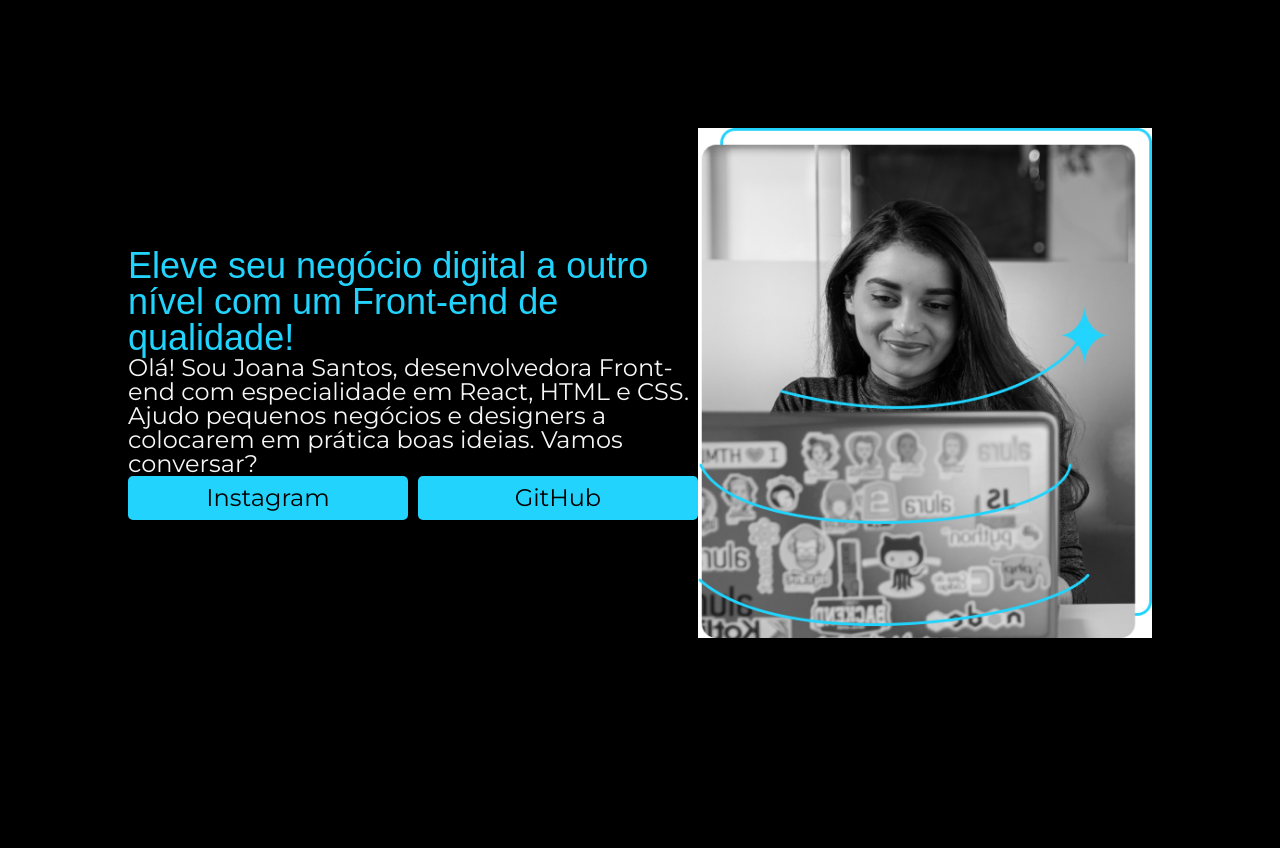
Repository: joaoPraiaJunior/html-basico
Page: index.html
An editor plug-in stored every save of this project. The page is shown before and after the next save, followed by the edit.
The browser window is 1280 px wide. The pictures show the whole page.
Some web fonts or font styles are not loaded; a fallback is used.

Above is the page before, as saved 2024-06-01 18:36:49.

After the next save:
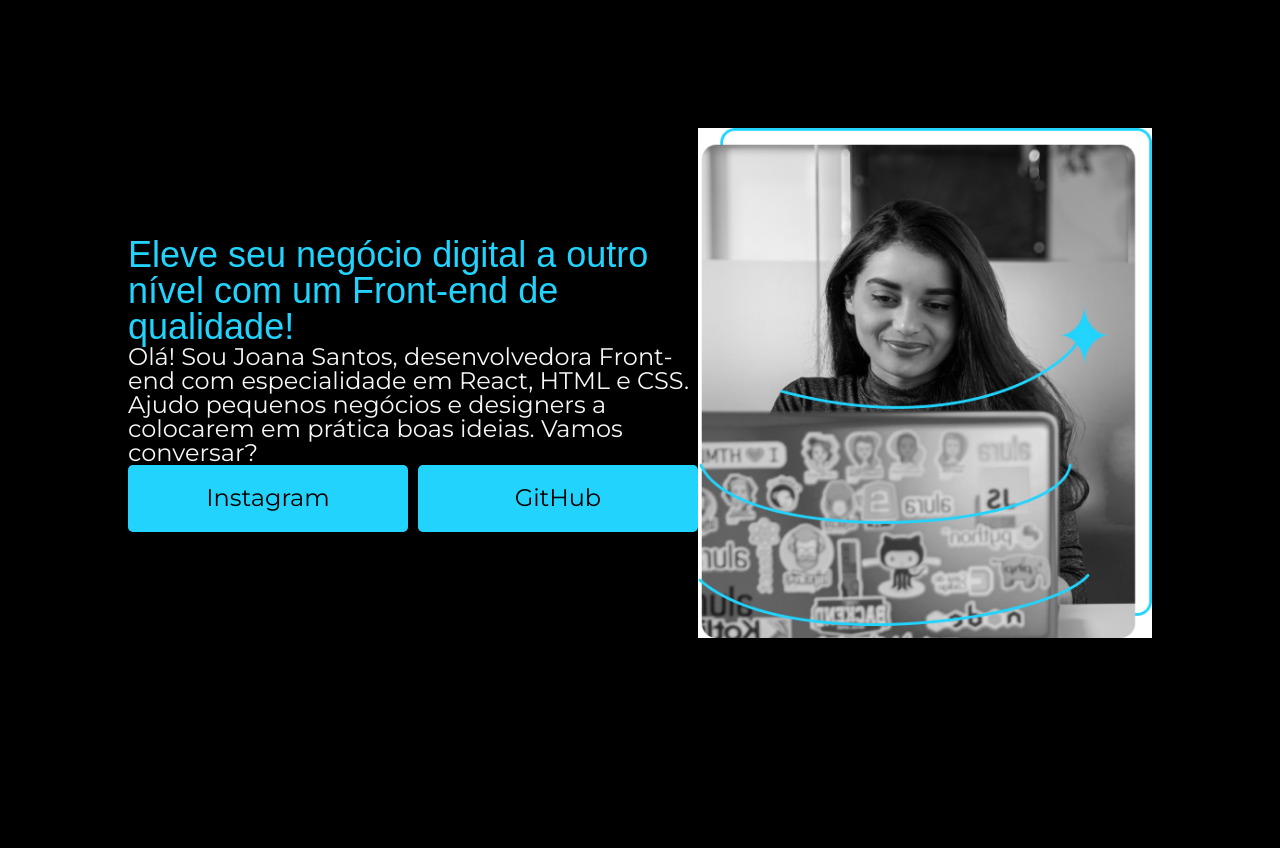
Saved 2 min 14 s later.
--- a/css/style.css
+++ b/css/style.css
@@ -43,7 +43,7 @@
   background-color: #22d4fd;
   font-family: 'Montserrat', sans-serif;
   font-size: 2.4rem;
-  padding: 10px 20px;
+  padding: 21.5px 0;
   width: 280px;
   border-radius: 5px;
   text-align: center;
